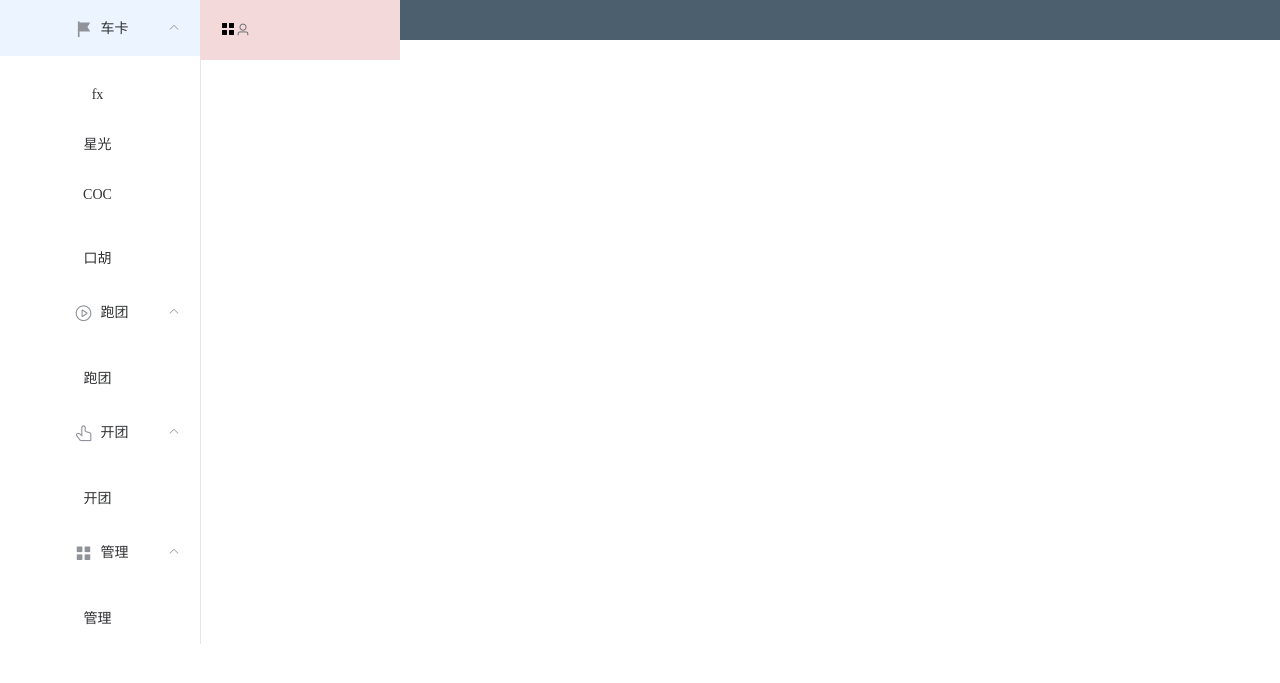
Repository: redlout/ptgkd
Page: /
An editor plug-in stored every save of this project. The page is shown before and after the next save, followed by the edit.
The browser window is 1280 px wide. The pictures show the whole page.
The project was rebuilt for these pictures with package versions that can differ from the ones it lists, and the page was loaded fresh each time. Also part of the build but not shown: src/mock/mock.js, src/views/Login.vue, src/components/SvgIcon/index.vue.

Above is the page before, as saved 2019-09-02 20:49:49.

### index.html
<!DOCTYPE html>
<html>
  <head>
    <meta charset="utf-8">
    <meta name="viewport" content="width=device-width,initial-scale=1.0">
    <title>ptgkd</title>
  </head>
  <body>
    <div id="app"></div>
    <!-- built files will be auto injected -->
  </body>
</html>

<style>
body{
  margin:0;
  padding:0;
}
</style>

### src/main.js
// import '@/styles/index.scss'
// import 'normalize.css/normalize.css'
import Vue from 'vue'
import App from './App'
import router from './router'

import ElementUI from 'element-ui'
import 'element-ui/lib/theme-chalk/index.css'
import api from './http/index'
import './icons'
import store from './store'

Vue.config.productionTip = false
Vue.use(ElementUI);
Vue.use(api);

// Vue.use(api)
/* eslint-disable no-new */
new Vue({
  el: '#app',
  router,
  store,
  render: h => h(App)
})

### src/router/index.js
import Vue from 'vue'
import Router from 'vue-router'
import HelloWorld from '@/views/HelloWorld'
import Login from '@/views/Login'

Vue.use(Router)

const router = new Router({
  routes: [
    {
      path: '/',
      name: 'HelloWorld',
      component: HelloWorld
    },
    {
      path: '/login',
      name: 'Login',
      component: Login
    }
  ]
})

export default router

### src/http/index.js
// 导入所有接口
import apis from './api'

const install = Vue => {
    if (install.installed)
        return;

    install.installed = true;

    Object.defineProperties(Vue.prototype, {
        // 注意，此处挂载在 Vue 原型的 $api 对象上
        $api: {
            get() {
                return apis
            }
        }
    })
}

export default install

### src/icons/index.js
import Vue from 'vue'
import SvgIcon from '@/components/SvgIcon'// svg component

// register globally
Vue.component('svg-icon', SvgIcon)

const req = require.context('./svg', false, /\.svg$/)
const requireAll = requireContext => requireContext.keys().map(requireContext)
requireAll(req)

### src/store/index.js
import Vue from 'vue'
import vuex from 'vuex'

Vue.use(vuex);
import collapse from './modules/collapse.js'
const store = new vuex.Store({
    modules: {
        collapseState: collapse,
        // menu: mymenu
        // 其他
    }
})

export default store

### src/views/HelloWorld.vue
<template>
<div class="container" >
  <el-container style="height: 100%;" direction="vertical">
    <AsideBar></AsideBar>
    <el-container>
      <HeadBar></HeadBar>
      <el-main></el-main>
    </el-container>
  </el-container>
</div>
</template>

<script>
import AsideBar from "../components/AsideBar/index";
import HeadBar from "../components/HeadBar/index";
export default {
  name: "HelloWorld",
  data() {
    return {
      isCollapse: false
    };
  },
  components: {
    AsideBar,
    HeadBar
  },
  methods: {
    logout: function() {
      var _this = this;
      this.$confirm("确认退出吗?", "提示", {
        type: "warning"
      }).then(() => {
        // sessionStorage.removeItem("user");
        this.$router.push("/login");
      });
    }
  }
};
</script>

<style scoped>
  .container {
    position:absolute;
    top: 0px;
    left: 0px;
    right: 0px;
    background: #4b5f6e;
  }
</style>

### src/http/api.js
import axios from './axios'

const login = data =>{
    return axios({
        url: '/login',
        method: 'post',
        data
    })
}

const logout = () =>{
    return axios({

    })
}

export default{
    login,
    logout
}

### src/store/modules/collapse.js
export default {
    state: {
        collapse:false  // 导航栏收缩状态
    },
    getters: {
        collapse(state){// 对应着上面state
            return collapse;
        }
    },
    mutations: {
        collapse(state){  // 改变收缩状态
            state.collapse = !state.collapse;
        }
    },
    actions: {

    }
}

### src/components/AsideBar/index.vue
<template>
  <el-aside width="initial" style="background-color: rgb(238, 241, 246) ">
    <el-menu
      :default-openeds="['1','2','3','4']"
      class="el-menu-vertical-demo"
      :collapse="$store.state.collapseState.collapse"
      @open="handleopen"
      @close="handleclose"
      @select="handleselect"
    >
      <el-submenu index="1">
        <template slot="title">
          <i class="el-icon-s-flag"></i>
          <span slot="title">车卡</span>
        </template>
        <el-menu-item-group>
          <el-menu-item index="1-1">fx</el-menu-item>
          <el-menu-item index="1-2">星光</el-menu-item>
          <el-menu-item index="1-3">COC</el-menu-item>
        </el-menu-item-group>
        <el-menu-item-group>
          <el-menu-item index="1-1">口胡</el-menu-item>
        </el-menu-item-group>
      </el-submenu>
      <el-submenu index="2">
        <template slot="title">
          <i class="el-icon-video-play"></i>
          <span slot="title">跑团</span>
        </template>
        <el-menu-item-group>
          <el-menu-item index="2-1">跑团</el-menu-item>
        </el-menu-item-group>
      </el-submenu>
      <el-submenu index="3">
        <template slot="title">
          <i class="el-icon-thumb"></i>
          <span slot="title">开团</span>
        </template>
        <el-menu-item-group>
          <el-menu-item index="3-1">开团</el-menu-item>
        </el-menu-item-group>
      </el-submenu>
      <el-submenu index="4">
        <template slot="title">
          <i class="el-icon-menu"></i>
          <span slot="title">管理</span>
        </template>
        <el-menu-item-group>
          <el-menu-item index="3-1">管理</el-menu-item>
        </el-menu-item-group>
      </el-submenu>
    </el-menu>
  </el-aside>
</template>


<script>
export default {
  name: "AsideBar",
  data() {
    return {
      isCollapse: false,
      logo: ""
    };
  },
  methods: {
    handleopen() {
      console.log("handleopen");
    },
    handleclose() {
      console.log("handleclose");
    },
    handleselect(a, b) {
      console.log("handleselect");
    }
  }
};
</script>

<style>
.el-aside {
  background-color: #d3dce6;
  color: #333;
  text-align: center;
  line-height: 10px;
  position: absolute;
}
  .el-menu-vertical-demo:not(.el-menu--collapse) {
    width: 200px;
    min-height: 400px;
  }

    .menu-bar-width {
    width: 200px;
  }
  .menu-bar-collapse-width {
    width: 65px;
  }
</style>

### src/components/HeadBar/index.vue
<template>
  <el-header :class="$store.state.collapseState.collapse?'menu-bar-collapse-width':'menu-bar-width'">
    <div >
    <span @click="Oncollapse">
      <i class="el-icon-menu"></i>
    </span>

    <el-dropdown>
      <i class="el-icon-user" style="margin-right: 15px"></i>
      <el-dropdown-menu slot="dropdown">
        <el-dropdown-item>个人信息</el-dropdown-item>
        <el-dropdown-item>管理</el-dropdown-item>
        <!-- <el-dropdown-item divided @click="logout">登出</el-dropdown-item> -->
      </el-dropdown-menu>
    </el-dropdown>
    </div>
  </el-header>
  <!-- <el-main></el-main> -->
</template>

<script>
export default {
  data(){
    return{
      isCollapse:false,
    };
  },
  methods:{
    Oncollapse: function(){
      this.$store.commit('collapse');
    }
  }
}
</script>

<style>
.el-header {
  position: absolute;
  background-color: rgb(243, 217, 217);
  left: 200px;
  right: 0px;
  height: 60px;
  line-height: 60px;
}
  .collapse-switcher {
    width: 40px;
    float: left;
    cursor: pointer;
    border-color: rgba(111, 123, 131, 0.8);
    border-left-width: 1px;
    border-left-style: solid;
    border-right-width: 1px;
    border-right-style: solid;
    color: white;
    background: #504e6180;
  }
    .menu-bar-width{
    left: 200px;
  }
    .menu-bar-collapse-width{
    left: 65px;
  }
</style>

### src/http/axios.js
import axios from 'axios';
import qs from 'qs';
import Cookies from "js-cookie";
import router from "@/router"

export default function $axios(options){
    return new Promise((resolve, reject) => {
      console.log(options)
        const instance = axios.create({
            baseURL: 'http://localhost:8080/',
            headers: {'Content-Type': 'application/json;charset=UTF-8'},
            timeout: '10000',
            transformResponse: [function (data){
            }]
        })
        // request 拦截器
        instance.interceptors.request.use(function(config){
                let token = Cookies.get('token')
                console.log(config)
                if(1){
                    config.headers.accessToken = 111
                }else{
                    //重定向到登陆页面
                    router.push('/login')
                }
                if(config.method === 'post'){
                    if(config.data.__proto__ === FormData.prototype
                        || config.url.endsWith('path')
                        || config.url.endsWith('mark')
                        || config.url.endsWith('patchs')
                        ){
                        }else{
                          config.data = qs.stringify(config.data)
                          console.log(config.data)
                        }
                    }
                    return config
                },
                function (error) {
                // 请求超时
                console.log('request:', error)
                if(error.code === 'ECONNABORTED' && error.message.indexOf('timeout') !== -1){
                    console.log('timeout 请求超时')
                }
                // 重定向到错误页面
                const errorInfo = error.response
                console.log(errorInfo)
                if(errorInfo){
                    error = errorInfo.data
                    const errorStatus = errorInfo.statue; // 404 403 500 ...
                    router.push({
                        path:  `/error/${errorStatus}`
                    })
                }
                return Promise.reject(error)
            }
        )
        console.log(11111111111111)
        instance.interceptors.response.use(function(response){
                let data;
                if(response.data == undefined){
                  data = JSON.parse(response.request.responseText)
                }else{
                    data = response.data
                }

                //根据返回的code 来进行不同的处理
                switch(data.rc){
                    case 1:
                        console.log(data.desc)
                        break;
                    case 0:
                        store.commit('changeState')
                    default:

                }
                return data
            },
            function(err){
              console.log(999999)
                if (err && err.response) {
                    switch (err.response.status) {
                      case 400:
                        err.message = '请求错误'
                        break
                      case 401:
                        err.message = '未授权，请登录'
                        break
                      case 403:
                        err.message = '拒绝访问'
                        break
                      case 404:
                        err.message = `请求地址出错: ${err.response.config.url}`
                        break
                      case 408:
                        err.message = '请求超时'
                        break
                      case 500:
                        err.message = '服务器内部错误'
                        break
                      case 501:
                        err.message = '服务未实现'
                        break
                      case 502:
                        err.message = '网关错误'
                        break
                      case 503:
                        err.message = '服务不可用'
                        break
                      case 504:
                        err.message = '网关超时'
                        break
                      case 505:
                        err.message = 'HTTP版本不受支持'
                        break
                      default:
                    }
                  }
                  console.error(err)
                  return Promise.reject(err)
            }
        )
        //请求处理
        instance(options).then(res => {
          console.log(2222222)
            resolve(res)
            return false
        }).catch(error => {
          console.log(33333)
            reject(error)
        })
        console.log(4444)
    })
}

Loaded but not shown: src/App.vue (common file)

After the next save:
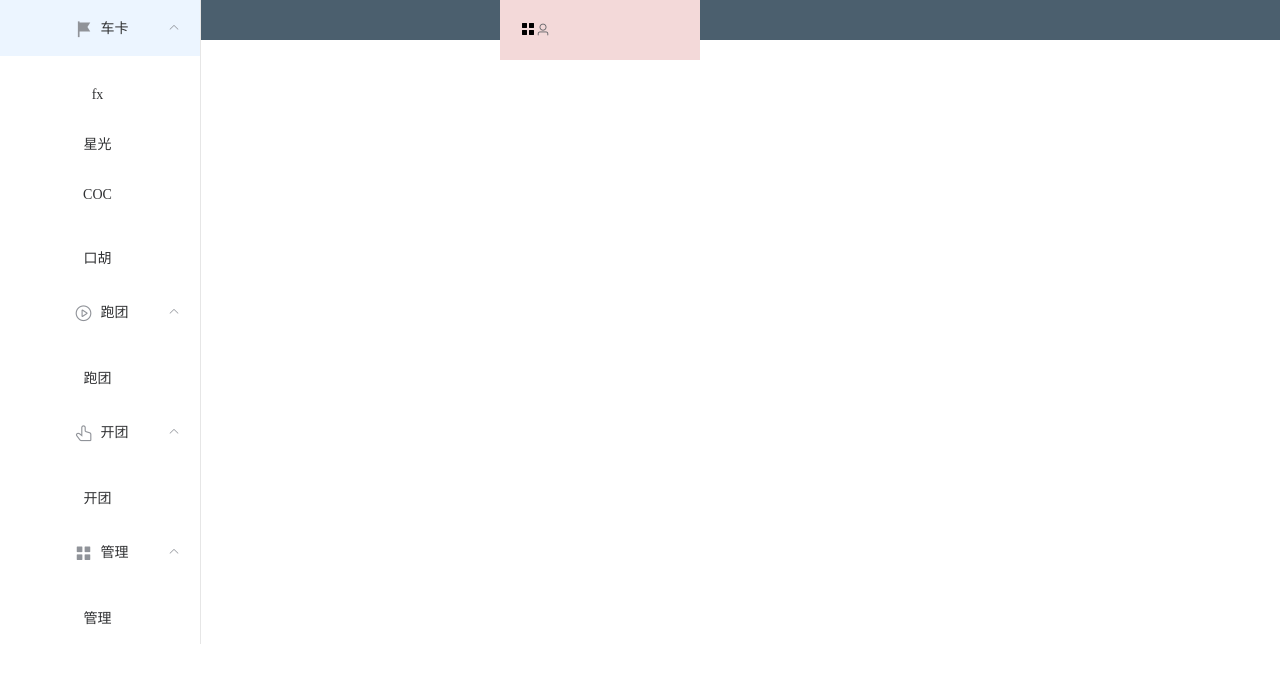
Saved 3 min 0 s later.
--- a/src/components/HeadBar/index.vue
+++ b/src/components/HeadBar/index.vue
@@ -55,7 +55,7 @@
     background: #504e6180;
   }
     .menu-bar-width{
-    left: 200px;
+    left: 500px;
   }
     .menu-bar-collapse-width{
     left: 65px;

After the save that followed:
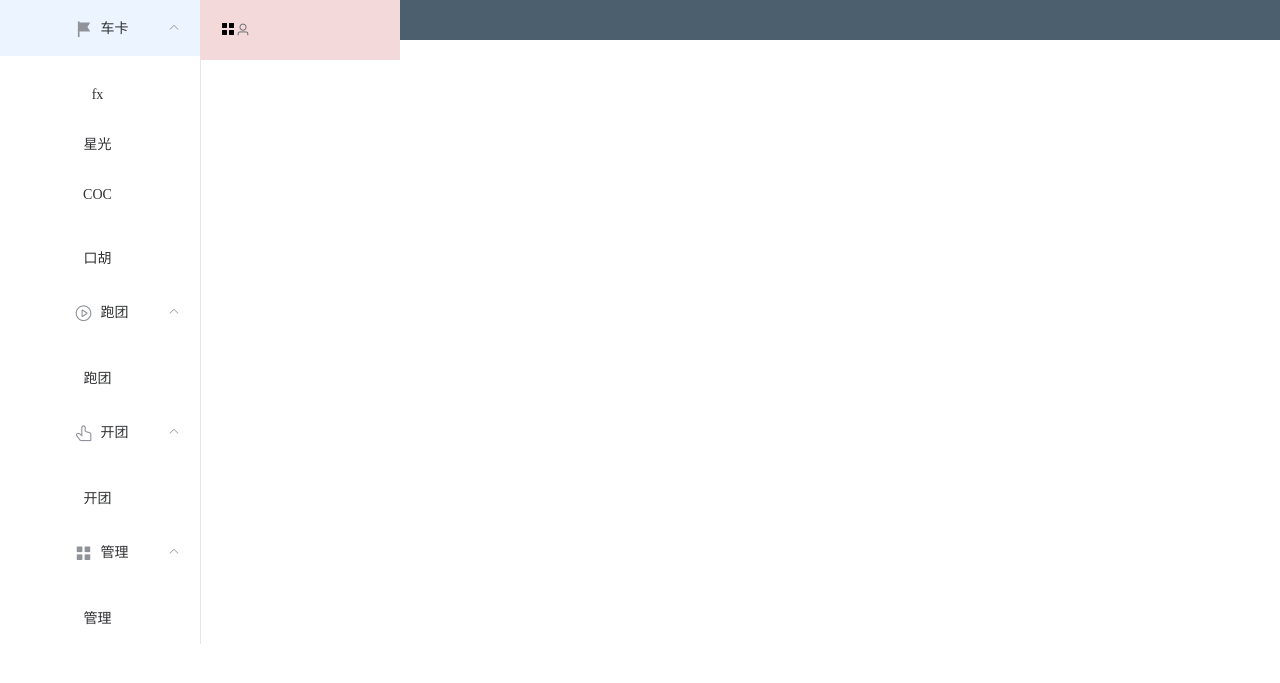
Saved 14 s later.
--- a/src/components/HeadBar/index.vue
+++ b/src/components/HeadBar/index.vue
@@ -55,7 +55,7 @@
     background: #504e6180;
   }
     .menu-bar-width{
-    left: 500px;
+    left: 200px;
   }
     .menu-bar-collapse-width{
     left: 65px;
